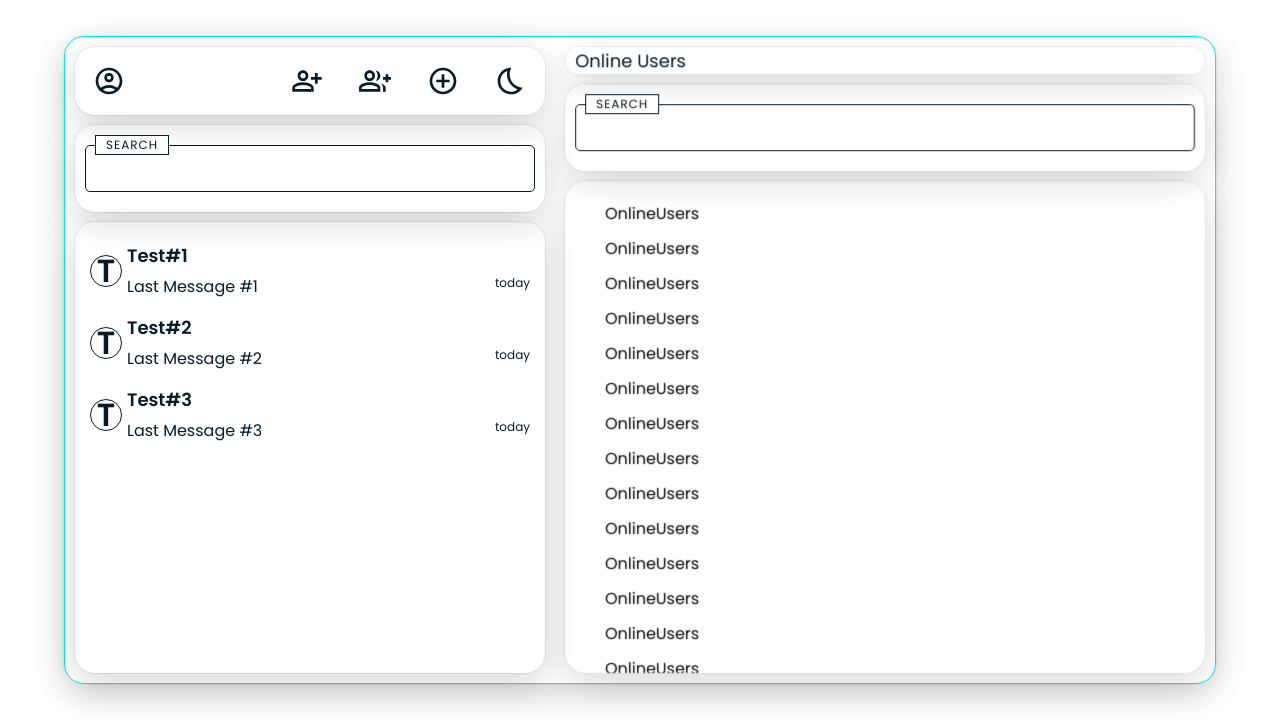
Repository: swastikjhacoder/mern-chat-frontend-only
Page: /users
The author's editor kept a copy of each file at every save. The page is drawn from the files as they stood at one save, then again after a run of saves.
The browser window is 1280 px wide. The pictures show the whole page.
An inner scrolling area shows only its first screen. The project was rebuilt for these pictures with package versions that can differ from the ones it lists, and the page was loaded fresh each time. Also part of the build but not shown: src/components/loginSignup/Login.jsx, src/components/chat/MessageOthers.jsx, src/components/chat/MessageSelf.jsx, src/components/chat/ChatContainer.jsx. Imported but missing from the stored project, and not drawn on this page: src/components/loginSignup/SignUp.

Above is the page before, as saved 2023-09-21 22:36:18.

After the next 3 saves:
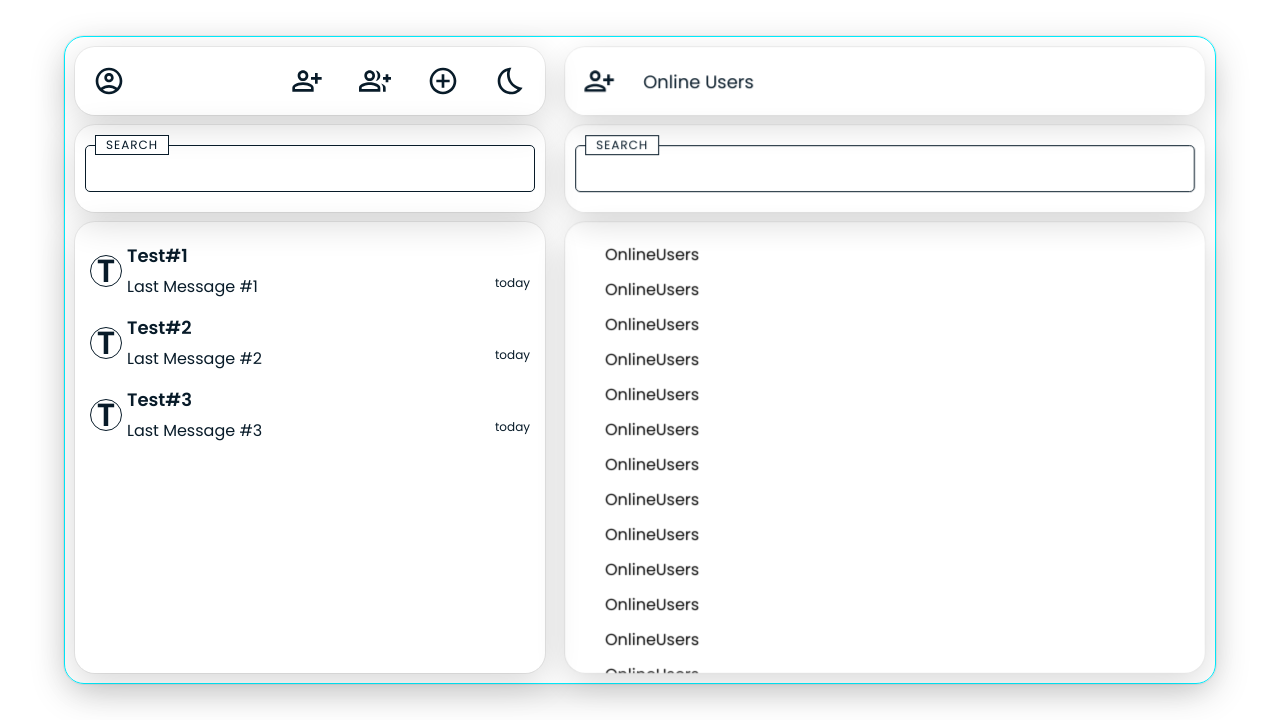
The 3 saves are shown as one change because they came seconds apart.
The last was saved 7 s later.
--- a/src/components/chat/OnlineUsersGroup.jsx
+++ b/src/components/chat/OnlineUsersGroup.jsx
@@ -21,7 +21,12 @@ const OnlineUsersGroup = () => {
       >
         <div className="online-users-header">
           <div>
-
+            <IconButton>
+              <PersonAddAlt1OutlinedIcon
+                className="icon"
+                style={{ color: color }}
+              />
+            </IconButton>
           </div>
           <p style={{ color: color }}>Online Users</p>
         </div>
